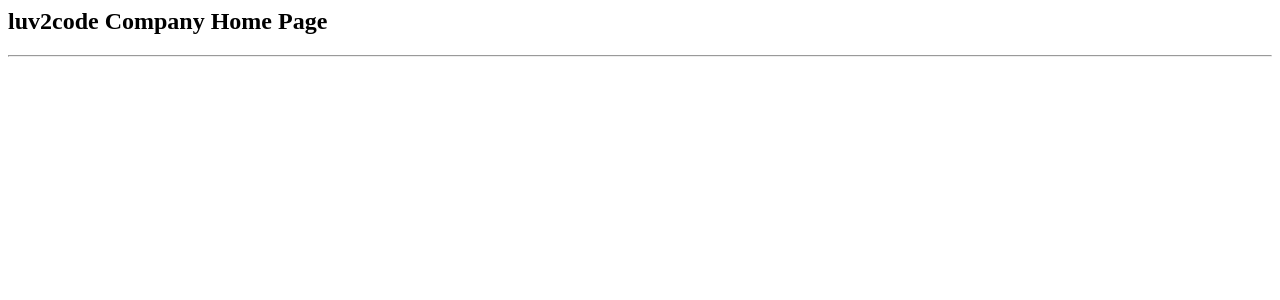
Repository: MOURAD1997-ctrl/dev-security
Page: http://localhost/spring-security-demo-02-basic-security/
The author's editor kept a copy of each file at every save. The page is drawn from the files as they stood at one save, then again after the next save.
The browser window is 1280 px wide. The pictures show the whole page.
The page is served by Tomcat 9.

Above is the page before, as saved 2020-06-04 13:25:20.

After the next save:
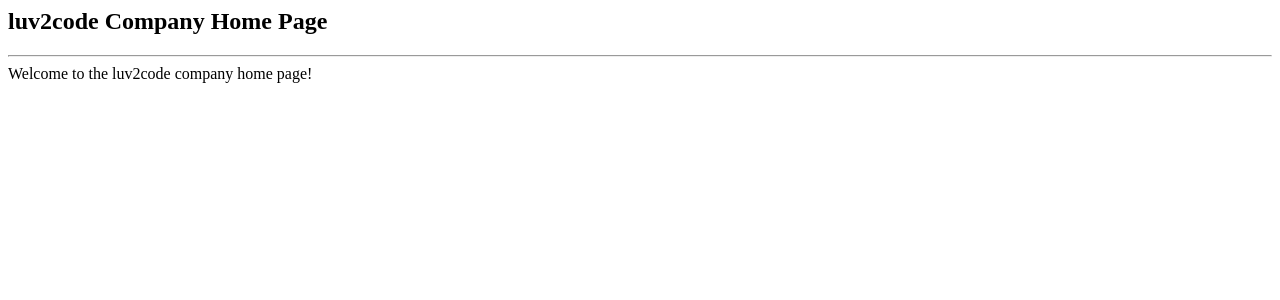
Saved 19 s later.
--- a/spring-security-demo-02-basic-security/src/main/webapp/WEB-INF/view/home.jsp
+++ b/spring-security-demo-02-basic-security/src/main/webapp/WEB-INF/view/home.jsp
@@ -8,7 +8,7 @@
 <body>
    <h2>luv2code Company Home Page</h2>
    <hr>
-
+   Welcome to the luv2code company home page!
 
 </body>
 
